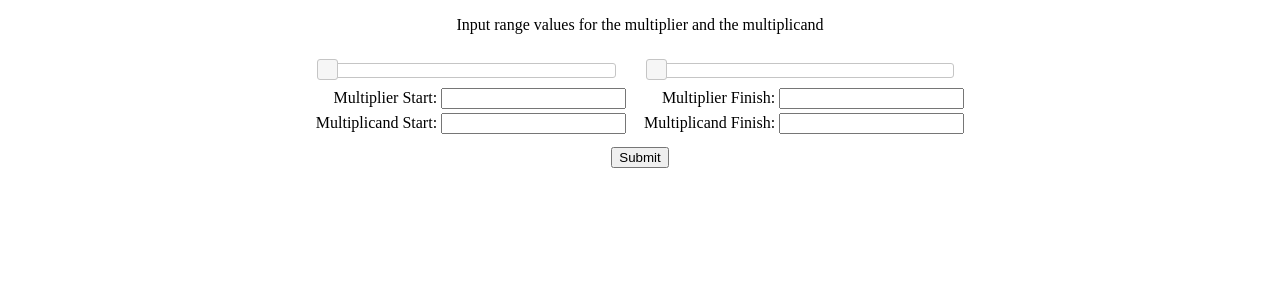
Repository: khrasna/HW4Part2
Page: index.html
An editor plug-in stored every save of this project. The page is shown before and after the next save, followed by the edit.
The browser window is 1280 px wide. The pictures show the whole page.
Some web libraries are served in a nearby version.

Above is the page before, as saved 2021-11-13 16:20:57.

### index.html
<!-- HTML file for Assignment 3
By Karsten Hrasna  email Karsten_Hrasna@student.uml.edu-->
<!DOCTYPE html>
<html>

<head>
    <title>Multiplication Table</title>
    <link rel="stylesheet" href="style.css">
    <script src="https://ajax.googleapis.com/ajax/libs/jquery/3.5.1/jquery.min.js"></script>
    <script src="dist/jquery.validate.min.js"></script>
    <script src="formvalidate.js"></script>
    <script src="https://ajax.googleapis.com/ajax/libs/jqueryui/1.11.4/jquery-ui.min.js"></script>
    <link rel="stylesheet" href="https://ajax.googleapis.com/ajax/libs/jqueryui/1.11.4/themes/smoothness/jquery-ui.css">
</head>

<body>
    <p>Input range values for the multiplier and the multiplicand</p>
    <div id="container">
        <!-- Learned from W3schools. Creates a form which takes number ranges for multiplier and multiplicand. -->

        <form id="FormInput" action="javascript:void(0);" method="get"> <!--Learned about javascript:void(0) from Dutchie432 at https://stackoverflow.com/questions/1818249/form-with-no-action-and-where-enter-does-not-reload-page-->
            <table>
                <tr>

                    <td class="pad">
                        <div id="slider-1"></div>
                        Multiplier Start: <input input="text" name="MultiplierStart">
                    </td>

                    <td>
                        <div id="slider-2"></div>
                        Multiplier Finish: <input type="text" name="MultiplierFinish">
                    </td>
                </tr>
                <tr>
                    <td class="pad">Multiplicand Start: <input type="text" name="MultiplicandStart"></td>
                    <td>Multiplicand Finish: <input type="text" name="MultiplicandFinish"></td>
                </tr>
            </table>
            <input type="submit" value="Submit"> <!--goes directly under form and processes the input to create a mult table-->
        </form>
    </div>


</body>

</html>

### style.css
/*Created by Karsten Hrasna. email: Karsten_Hrasna@student.uml.edu*/
html,
body {
    height: 97%;
    text-align: center;
}

#slider-1,
#slider-2 {
    margin: 10px;
    text-align: right;
}

div#container {
    display: grid;
    grid-template-columns: 100%;
    /* top row of grid holds the form for input, the rest of page holds the multiplication table*/
    grid-template-rows: minmax(90px, 15%) auto;
    height: 97%;

}

#multTable {
    margin: auto;
    border-collapse: separate;
    border-spacing: 0;
    grid-row: 2;
    /*the dynamically sized multiplication table */
    margin-top: 0px;
    border-bottom: 0px;

}

input[type=submit] {
    /* submit button under form spaced here */
    margin-top: 10px;
    margin-bottom: 0px;
}

#multTable td,
th {
    border: solid;
    border-color: black;
    min-width: 70px;
    font-size: 30px;
    height: 70px;
}


#multTable th {
    position: sticky;
    top: 0px;
    border-right: solid;
    border-right-color: white;
    border-bottom: solid;
    border-bottom-color: white;
    background-color: black;
    color: white;

}

#multTable th:first-child {
    position: sticky;
    top: 70px;
    left: 0;
}


.sticky {
    position: fixed;
    top: 0px;
    /* get the headers to stay fixed on mult table */
    width: 100%;
}

#multTable tr:first-child th:first-child {
    border: none;
    background-color: white;
}

#multTable p.inputError {
    margin: 0px;
}

form {
    grid-row: 1;
    margin-bottom: 0px;
}

table {
    margin-left: auto;
    margin-right: auto;
}

form td {
    text-align: right;
    /*line up the input form textboxes*/
}

form p {
    margin: 0px;
}

td.pad {
    padding-right: 15px;
}

### formvalidate.js
$(function () {

    $("#slider-1").slider();
    $("#slider-2").slider();

    $.validator.addMethod("less", function (value, element, params) {
        return this.optional(element) || value <= params[0].value; //checks to make sure that the starts are less than the finishes, learned from
    });                                                           // https://jqueryvalidation.org/jQuery.validator.addMethod/

    var valid = $('input[value="Submit"]').on("click", function () {
        $("#multTable").remove();

        $("#FormInput").validate({
            onkeyup: false,     //this makes it so the validator doesnt update the error messages whenever new input is typed. only validates when submit is hit.
            onfocusout: false,  //learned about onkeyup, and onfocusout at https://www.sitepoint.com/jquery-validation-validate-form-submit/
            rules: {
                MultiplierStart: {
                    digits: true,
                    less: $('input[name="MultiplierFinish"]'),
                    required: true,
                    range: [-50, 50]
                },
                MultiplierFinish: {
                    required: true,
                    digits: true,
                    range: [-50, 50]
                },

                MultiplicandStart: {
                    digits: true,
                    less: $('input[name="MultiplicandFinish"]'),
                    required: true,
                    range: [-50, 50]
                },

                MultiplicandFinish: {
                    digits: true,
                    required: true,
                    range: [-50, 50]
                }
            },

            messages: {
                MultiplierStart: {
                    digits: "Multiplier Start must be a digit",
                    required: "Multiplier Start must be a digit between -50 and 50",
                    range: "The range of Multiplier Start must stay within -50 and 50",
                    less: "The value of Multiplier Start must be less than or equal to Multiplier Finish."
                },

                MultiplierFinish: {
                    digits: "Multiplier Finish must be a digit",
                    required: "Multiplier Finish must be a digit between -50 and 50",
                    range: "The range of Multiplier Finish must stay within -50 and 50",
                },

                MultiplicandStart: {
                    digits: "Multiplicand Start must be a digit",
                    required: "Multiplicand Start must be a digit between -50 and 50",
                    range: "The range of Multiplicand Start must stay within -50 and 50",
                    less: "The value of Multiplicand Start must be less than or equal to Multiplicand Finish."
                },

                MultiplicandFinish: {
                    digits: "Multiplicand Finish must be a digit",
                    required: "Multiplicand Finish must be a digit between -50 and 50",
                    range: "The range of Multiplicand Finish must stay within -50 and 50",
                }
            },

            errorPlacement: function (error, element) {
                $(error).appendTo($(('#FormInput')));
            },
            errorElement: "p"

        });

        if ($("#FormInput").valid()) {
            process();
        }

    });

});

function process() {
    debugger;
    var multStart = $('input[name="MultiplierStart"]').val();
    var multFinish = $('input[name="MultiplierFinish"]').val();
    var multiplicandStart = $('input[name="MultiplicandStart"]').val();
    var multiplicandFinish = $('input[name="MultiplicandFinish"]').val();


    if (document.getElementById("multTable")) { //remove old table
            var old = document.getElementById("multTable");
            old.remove();
    };

     //clear old table and create a table with size based on input given
        const top = [];
        const left = []; //these will hold the values of the multiplier and multiplicand
        var rows = multFinish - multStart;
        var cols = multiplicandFinish - multiplicandStart;
        var d = document.getElementById("container");
        for (var i = 0; i <= rows; i++) {
            left[i] = (+multiplicandStart + +i); //the + before variable name turns them into integers for addition
        }
        for (var i = 0; i <= cols; i++) {
            top[i] = (+multStart + +i);
        }
        var table = createTable(rows, cols, top, left); //create table based on total rows and cols, and top and left are the sets of multipliers and multiplicands
        table.id = "multTable";
        d.append(table);
}

function createTable(rows, cols, top, left) {
    var t = document.createElement('table');
    for (var x = 0; x <= rows + 1; x++) { // rows and cols + 1 to indicate ranges of numbers
        var r = document.createElement('tr');
        t.appendChild(r);
        for (var y = 0; y <= cols + 1; y++) {   //creates the cols of the table row by row
            if (x == 0) {
                var c = document.createElement('th'); //create and insert element based on position in table
                c.id = "topHeader";
                if (y != 0) {
                    c.innerHTML = top[y - 1]; // - 1 because it is moved over 1 to the right
                }
            } else if (y == 0) {
                var c = document.createElement('th');
                if (x != 0) {
                    c.innerHTML = left[x - 1];
                }
            } else {
                var c = document.createElement('td');
                c.innerHTML = top[y - 1] * left[x - 1];
                if (((y % 2) + (x % 2)) == 0 || ((y % 2) + (x % 2)) == 2) { // checker board effect
                    c.style.backgroundColor = "gray";
                }

            }
            r.appendChild(c);
        }
    }

    return t;
}

Loaded but not shown: dist/jquery.validate.min.js (library)

After the next save:
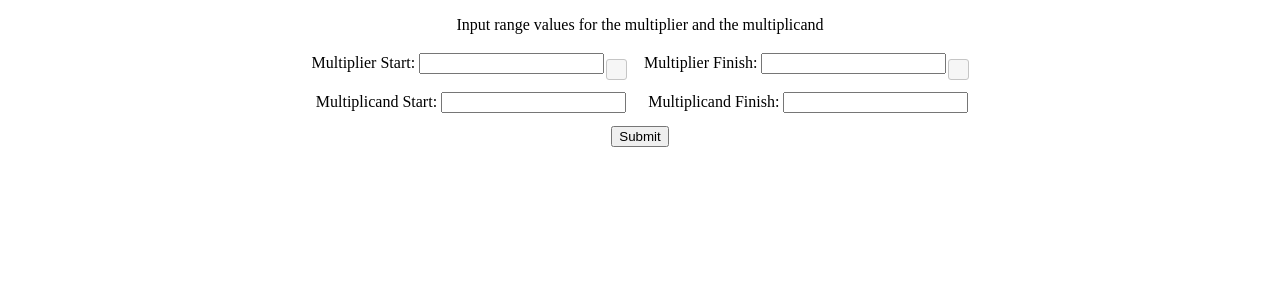
Saved 10 s later.
--- a/style.css
+++ b/style.css
@@ -8,7 +8,7 @@
 #slider-1,
 #slider-2 {
     margin: 10px;
-    text-align: right;
+    float: right;
 }
 
 div#container {

After the save that followed:
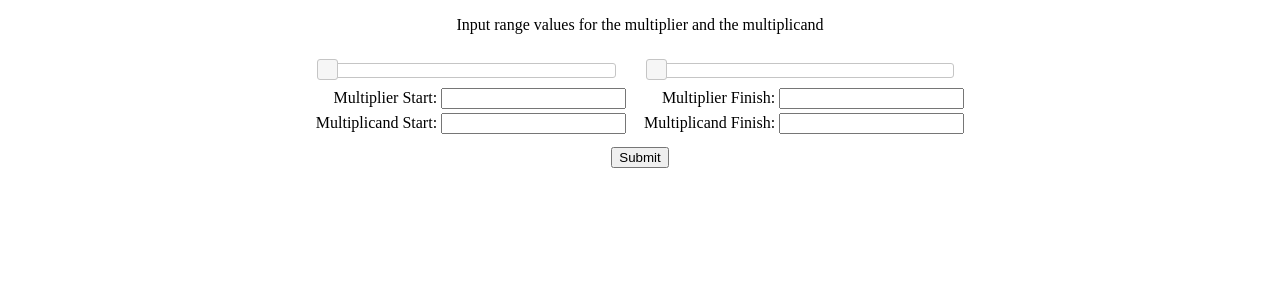
Saved 11 s later.
--- a/style.css
+++ b/style.css
@@ -8,7 +8,7 @@
 #slider-1,
 #slider-2 {
     margin: 10px;
-    float: right;
+    align-self: flex-end;
 }
 
 div#container {
